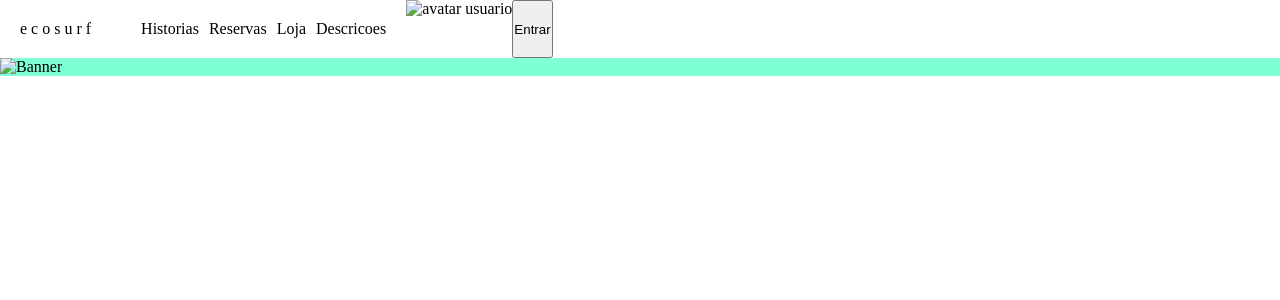
Repository: jorgprado/html-css-js
Page: blog-ecosurf/index.html
The author's editor kept a copy of each file at every save. The page is drawn from the files as they stood at one save, then again after a run of saves.
The browser window is 1280 px wide. The pictures show the whole page.

Above is the page before, as saved 2023-05-15 21:25:19.

After the next 3 saves:
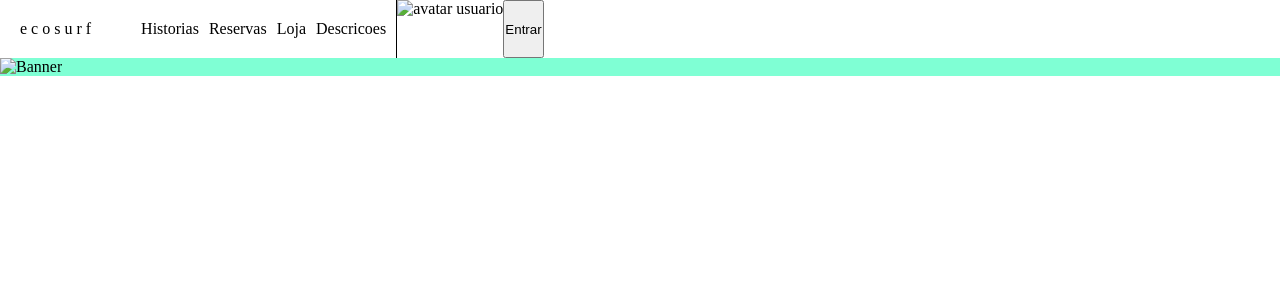
The 3 saves are shown as one change because they came seconds apart.
The last was saved 118 s later.
--- a/blog-ecosurf/css/style.css
+++ b/blog-ecosurf/css/style.css
@@ -17,6 +17,8 @@ header {
 header menu{
     display: flex;
     padding: 20px 20px;
+    border-right: 1px solid #000;
+    padding-right: 10px;
 }
 
 header menu p{
